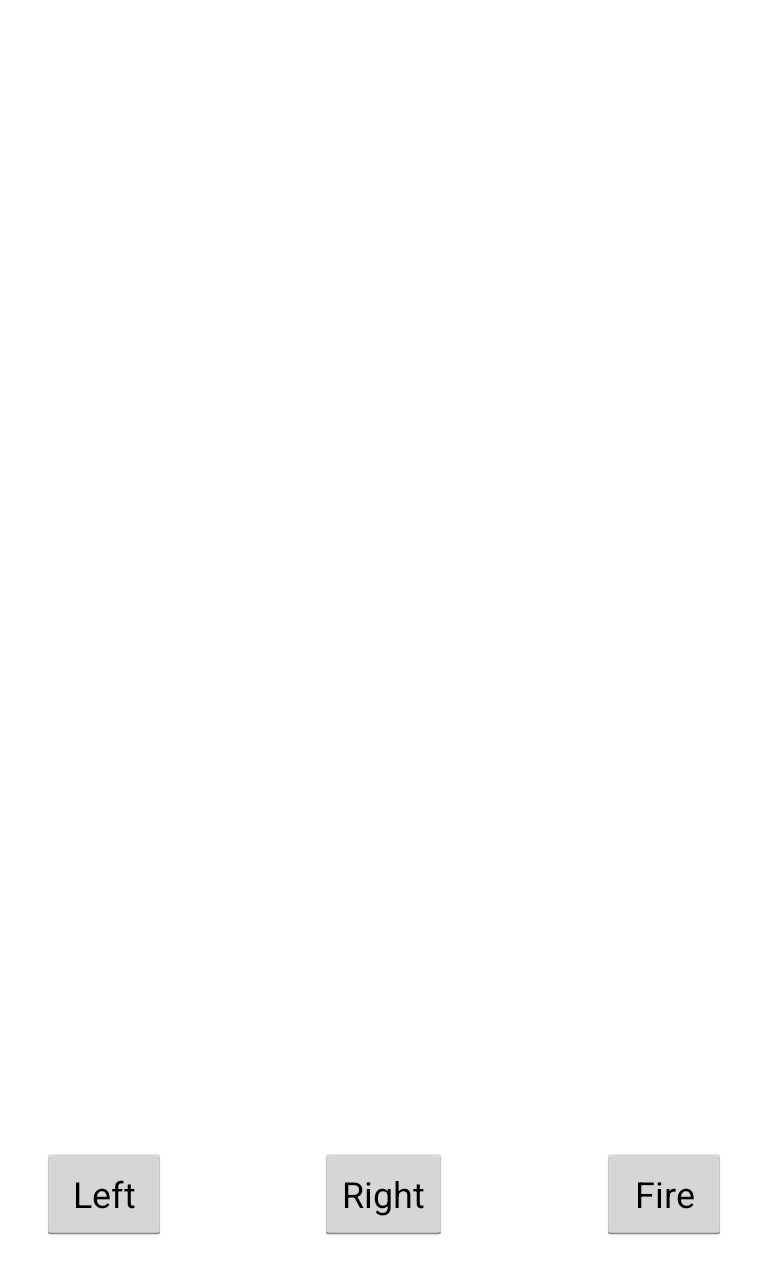
Repository: Benngard/Bengan-Boys
Layout: Hyperion/res/layout/playfield_layout.xml
An editor plug-in stored every save of this project. The layout is shown before and after the next save, followed by the edit.
It is drawn on a 768 x 1280 px phone screen (xhdpi) without system bars, with theme AppTheme; the app's code is not run. The app's manifest (not shown) leaves right-to-left support off. So textAlignment, textDirection and layoutDirection are ignored, and left and right values win over start and end ones.

Above is the layout before, as saved 2015-10-05 01:55:47.

### Hyperion/res/layout/playfield_layout.xml
<?xml version="1.0" encoding="utf-8"?>
<RelativeLayout xmlns:android="http://schemas.android.com/apk/res/android"
    android:layout_width="match_parent"
    android:layout_height="match_parent" >

    <Button
        android:id="@+id/button_left"
        android:layout_width="wrap_content"
        android:layout_height="wrap_content"
        android:layout_alignBaseline="@+id/button_right"
        android:layout_alignBottom="@+id/button_right"
        android:layout_alignParentLeft="true"
        android:layout_alignParentStart="true"
        android:layout_marginStart="20dp"
        android:layout_marginLeft="20dp"
        android:text="@string/left" />

    <Button
        android:id="@+id/button_fire"
        android:layout_width="wrap_content"
        android:layout_height="wrap_content"
        android:layout_alignParentBottom="true"
        android:layout_alignParentRight="true"
        android:layout_alignParentEnd="true"
        android:layout_marginBottom="19dp"
        android:layout_marginEnd="20dp"
        android:layout_marginRight="20dp"
        android:text="@string/fire" />

    <Button
        android:id="@+id/button_right"
        android:layout_width="wrap_content"
        android:layout_height="wrap_content"
        android:layout_alignBaseline="@+id/button_fire"
        android:layout_alignBottom="@+id/button_fire"
        android:layout_centerHorizontal="true"
        android:text="@string/right" />

</RelativeLayout>

### Hyperion/res/values/strings.xml
<resources>

    <string name="app_name">Hyperion</string>

    <string name="fire">Fire</string>
    <string name="left">Left</string>
    <string name="right">Right</string>

</resources>

Loaded but not shown: Hyperion/res/values/styles.xml (common file); Hyperion/res/values-v11/styles.xml (common file); Hyperion/res/values-v14/styles.xml (common file)

After the next save:
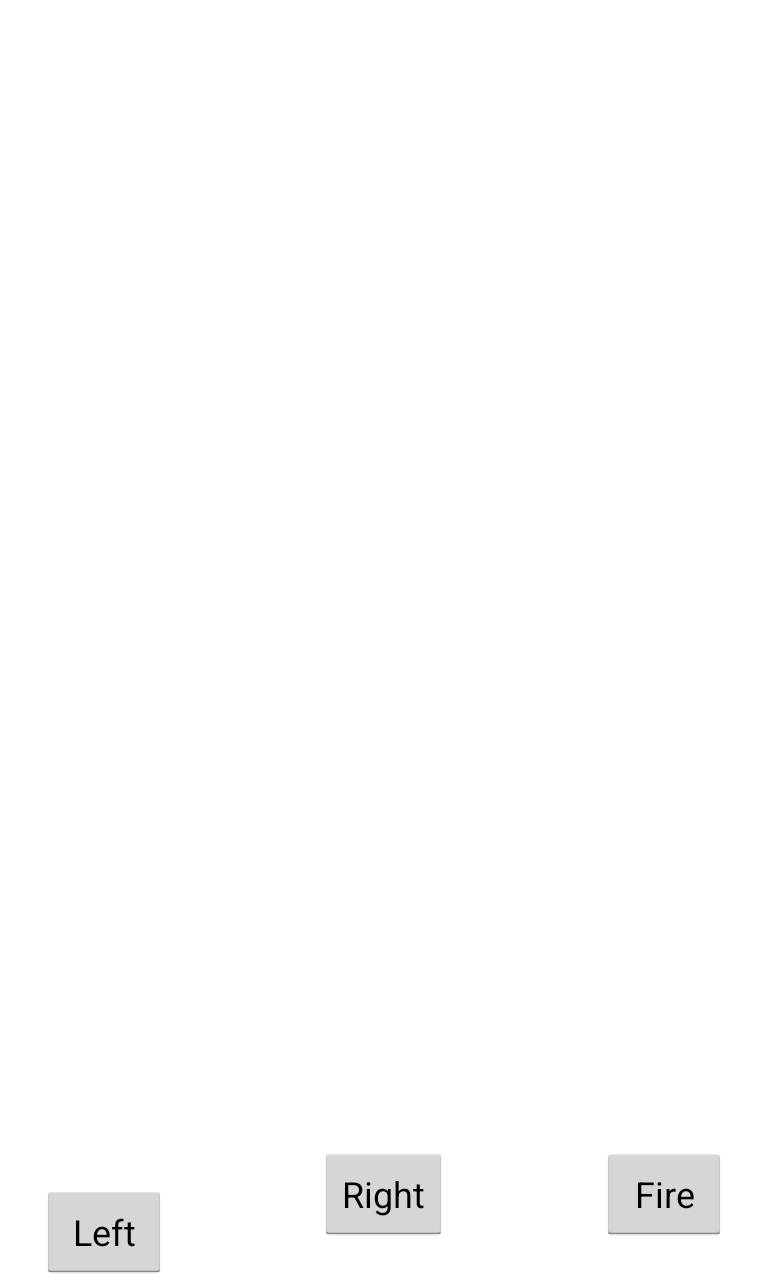
Saved 16 s later.
--- a/Hyperion/res/layout/playfield_layout.xml
+++ b/Hyperion/res/layout/playfield_layout.xml
@@ -7,8 +7,7 @@
         android:id="@+id/button_left"
         android:layout_width="wrap_content"
         android:layout_height="wrap_content"
-        android:layout_alignBaseline="@+id/button_right"
-        android:layout_alignBottom="@+id/button_right"
+        android:layout_alignParentBottom="true"
         android:layout_alignParentLeft="true"
         android:layout_alignParentStart="true"
         android:layout_marginStart="20dp"
